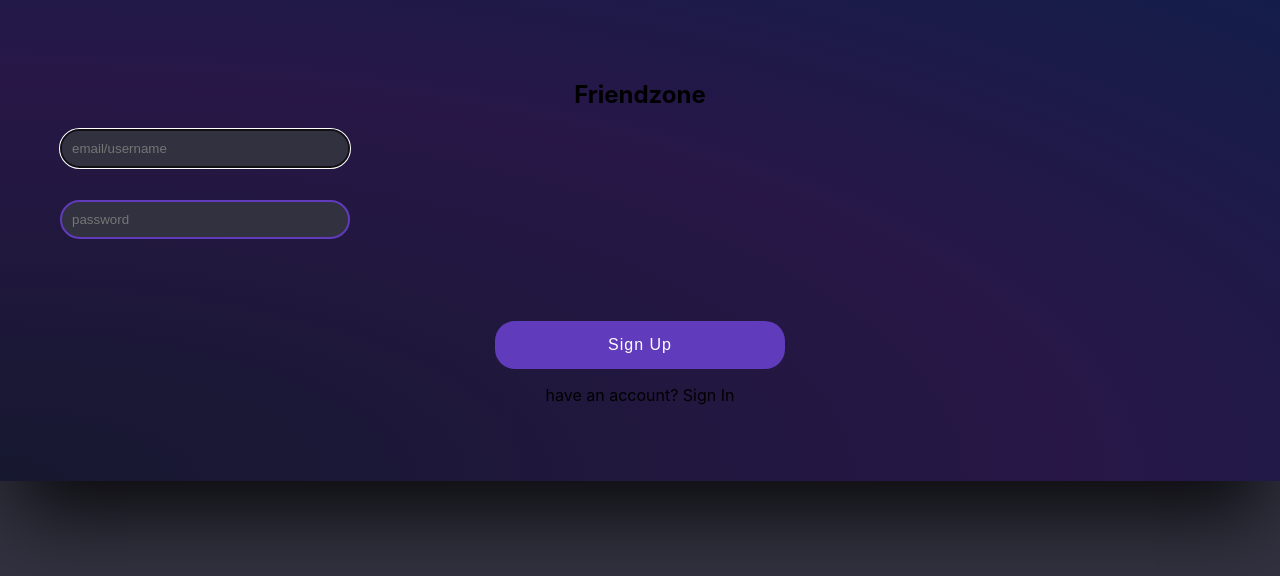
Repository: DerickT02/friend-zone
Page: /
These files come from the project's save history. The page is drawn as it stood at one moment and after the next save; the edit follows.
The browser window is 1280 px wide. The pictures show the whole page.
The project was rebuilt for these pictures with package versions that can differ from the ones it lists, and the page was loaded fresh each time. Also part of the build but not shown: src/Appreducer.js, src/GlobalState.js, src/Post.js, src/Homepage.js, src/fire.js.

Above is the page before, as saved 2021-07-07 07:50:59.

### src/index.js
import React from 'react';
import ReactDOM from 'react-dom';
import './index.css';
import App from './App';


ReactDOM.render(

    <App />,
  document.getElementById('root')
);

// If you want to start measuring performance in your app, pass a function
// to log results (for example: reportWebVitals(console.log))
// or send to an analytics endpoint. Learn more: https://bit.ly/CRA-vitals

### src/index.css
body {
  margin: 0;
  font-family: -apple-system, BlinkMacSystemFont, 'Segoe UI', 'Roboto', 'Oxygen',
    'Ubuntu', 'Cantarell', 'Fira Sans', 'Droid Sans', 'Helvetica Neue',
    sans-serif;
  -webkit-font-smoothing: antialiased;
  -moz-osx-font-smoothing: grayscale;
  background-color: rgb(49, 49, 63);

}

code {
  font-family: source-code-pro, Menlo, Monaco, Consolas, 'Courier New',
    monospace;
}

### src/App.js
import React, { Component, useState, useEffect } from 'react'
import { BrowserRouter, Switch, Link, Route, Redirect, Router} from 'react-router-dom'
import Login from './Login'
import Homepage from './Homepage'
import './App.css'

import fire from './fire'
import GlobalProvider from './GlobalState'

function App() {
  const [user, setUser] = useState('')
  const [email, setEmail] = useState('')
  const [password, setPassword] = useState('')
  const [emailError, setEmailError] = useState('')
  const [passwordError, setPasswordError] = useState('')
  const [hasAccount, setHasAccount] = useState(false)

const clearInputs = () => {
  setEmail('')
  setPassword('')
}

const clearErrors = () => {
  setEmailError('');
  setPasswordError('')
}

const handleLogin = () => {
  clearErrors()
  fire
  .auth()
  .signInWithEmailAndPassword(email, password)
  .catch(err => {
      switch(err.code){
          case 'auth/invalid-email':
          case 'auth/user-disabled':
          case 'auth/user-not-found':
              setEmailError(err.message)
              break;
          case 'auth/wrong-password':
              setPasswordError(err.message)
              break
      }
  })
}

const handleSignup = () => {
  clearErrors()
  fire
  .auth()
  .createUserWithEmailAndPassword(email, password)
  .catch(err => {
      switch(err.code){
          case 'auth/email-already-in-use':
          case 'auth/invalid-email':
          setEmailError(err.message);
          break;

          case 'auth/weak-password':
          setPasswordError(err.message)
      }
  })
}

const handleLogout = () => {
  fire
  .auth()
  .signOut()
}

const authListener = () => {
  fire.auth().onAuthStateChanged((user) => {
    if(user){
      clearInputs()
      setUser(user)
    }
    else {
        setUser('')
    }
  })
}

useEffect(() => {
  authListener()
}, [])

  return (
    <div className="App">
    {user ? (
      <BrowserRouter>
      <GlobalProvider>
      <Switch>
        <Route exact path = '/'><Redirect to = "/homepage"/></Route>
        <Route exact path = '/homepage'><Homepage handleLogout = {handleLogout}/></Route>
      </Switch>
      </GlobalProvider>
     </BrowserRouter>
    ) : (

      <BrowserRouter>
      <Switch>
      <Route exact path = '/homepage'><Redirect to = "/" /></Route>
        <Route><Login email = {email}
            setEmail = {setEmail}
            password = {password}
            setPassword={setPassword}
            handleLogin={handleLogin}
            handleSignup={handleSignup}
            hasAccount={hasAccount}
            setHasAccount={setHasAccount}
            emailError={emailError}
            passwordError={passwordError} /></Route>
      </Switch>
      </BrowserRouter>
    )}

    </div>
  );
}

export default App;

### src/Login.js
import React, { Component, useState, useEffect } from 'react'
import './Login.css'
import {Link} from 'react-router-dom'

const Login = (props) => {
    const {email, setEmail, password, setPassword, handleLogin, handleSignup, hasAccount, setHasAccount, emailError, passwordError} = props
    return (
        <section className = "login">
        <div className="loginContainer" >

<h1>Friendzone</h1>


<input placeholder = 'email/username' type ="text" autoFocus required value = {email} onChange={(e) => setEmail(e.target.value)}/>
<p className ="errorMsg">{emailError}</p>

<input placeholder = 'password' type ="password" required value = {password} onChange={(e) => setPassword(e.target.value)} />
<p className = "errorMsg">{passwordError}</p>
<div className="btnContainer">

    {hasAccount ? (
        <div>
       <button type = "submit" onClick = {handleLogin}>Sign in</button>
        <p>Don't have an account? <span onClick ={() => setHasAccount(!hasAccount)}>Sign Up</span></p>
        </div>
    ):(
        <div>
        <button type = "submit" onClick={handleSignup}>Sign Up</button>
        <p>have an account? <span onClick = {() => setHasAccount(!hasAccount)}>Sign In</span></p>
        </div>
    )}

</div>
</div>
</section>





    )
}


export default Login

### src/Login.css
* {
  box-sizing: border-box;
}


.login .loginContainer {
  padding: 60px;
  margin: auto;


  display: flex;
  flex-direction: column;
  justify-content: center;
  background: radial-gradient(
    ellipse at left bottom,
    rgba(22, 24, 47, 1) 0%,
    rgba(38, 20, 72, 0.9) 59%,
    rgba(17, 27, 75, 0.9) 100%
  );
  box-shadow: 0 50px 70px -20px rgba(0, 0, 0, 0.8);
}

.login .loginContainer input {
  border: 2px solid #603bbb;
  width: 25%;
  padding: 10px;
  background-color: rgb(49, 49, 63);
  border-radius: 20px;
  color: white;
}




.btnContainer {
  margin-top: 50px;
}


.btnContainer button {
  border: none;
  border-radius: 20px;
  outline: none;
  width: 25%;
  padding: 15px 0;
  color: #fff;
  font-size: 16px;
  letter-spacing: 1px;
  background: #603bbb;
  cursor: pointer;
}

Loaded but not shown: public/index.html (common file); src/App.css (common file)

After the next save:
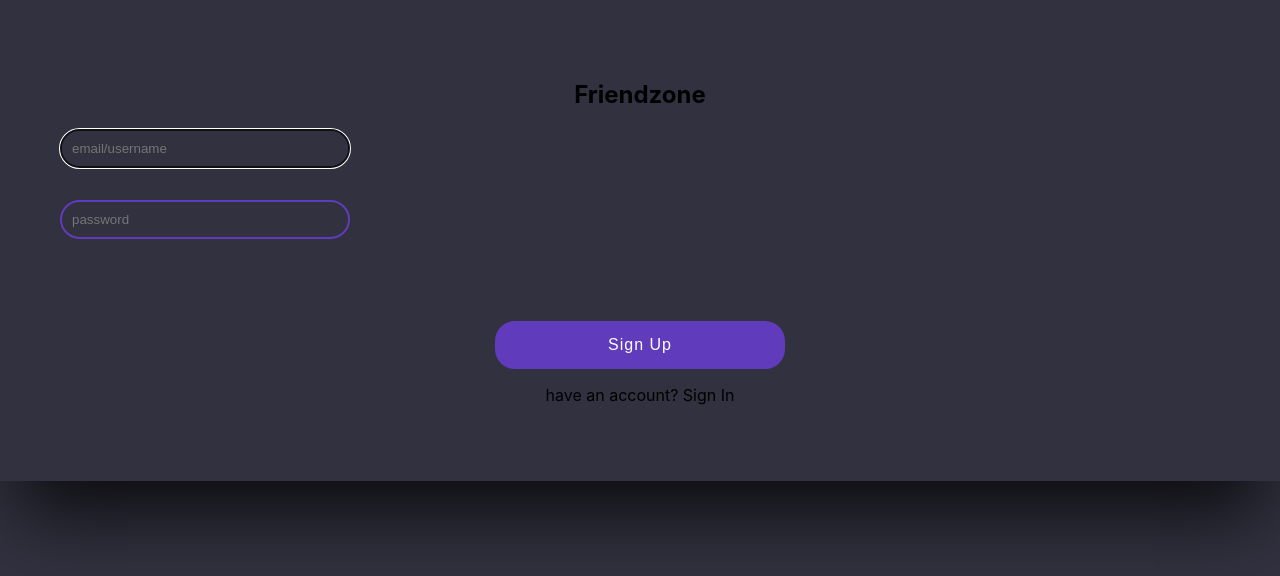
Saved 13 s later.
--- a/src/Login.css
+++ b/src/Login.css
@@ -11,12 +11,7 @@
   display: flex;
   flex-direction: column;
   justify-content: center;
-  background: radial-gradient(
-    ellipse at left bottom,
-    rgba(22, 24, 47, 1) 0%,
-    rgba(38, 20, 72, 0.9) 59%,
-    rgba(17, 27, 75, 0.9) 100%
-  );
+
   box-shadow: 0 50px 70px -20px rgba(0, 0, 0, 0.8);
 }
 
